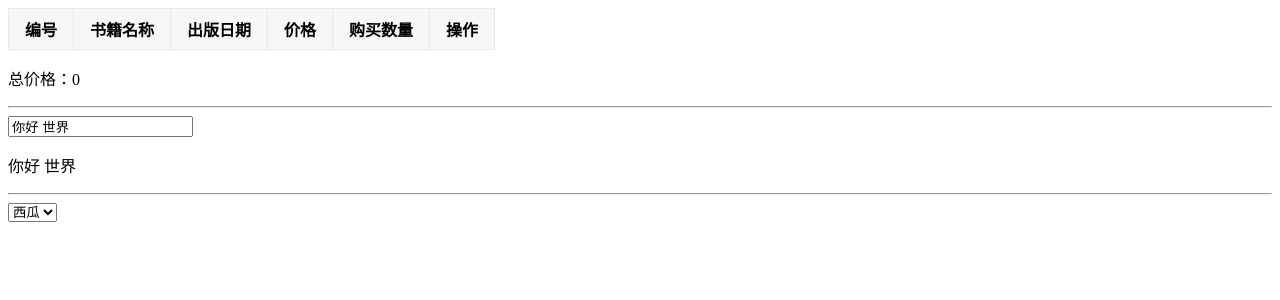
Repository: 1404413577/jsdemo
Page: /res (app in vue-demo/myweb3/)
These files come from the project's save history. The page is drawn as it stood at one moment and after the next save; the edit follows.
The browser window is 1280 px wide. The pictures show the whole page.
The page's requests for data from a server got no answer. The project was rebuilt for these pictures with package versions that can differ from the ones it lists, and the page was loaded fresh each time. No one was signed in, and anything a server would have sent is missing. Also part of the build but not shown: vue-demo/myweb3/vue.config.js.

Above is the page before, as saved 2022-12-01 15:20:05.

After the next save:
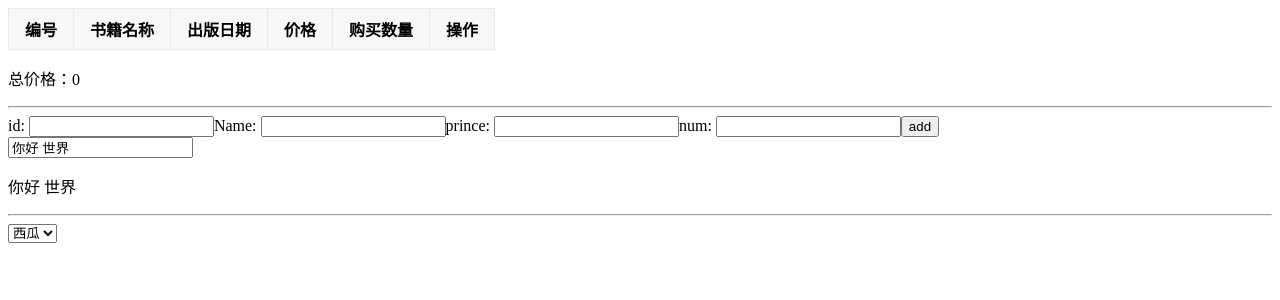
Saved 12 s later.
--- a/vue-demo/myweb3/src/components/vue2/shop.vue
+++ b/vue-demo/myweb3/src/components/vue2/shop.vue
@@ -26,6 +26,25 @@
     <p>总价格：{{ totalPrice }}</p>
 
     <hr />
+    <div>
+    <label
+      >id:
+      <input type="text" v-model="id" />
+    </label>
+    <label
+      >Name:
+      <input type="text" v-model="name" />
+    </label>
+    <label
+      >prince:
+      <input type="text" v-model="prince" />
+    </label>
+    <label
+      >num:
+      <input type="text" v-model="num" />
+    </label>
+    <input type="button" value="add" @click="add" />
+  </div>
   </div>
 </template>
 
